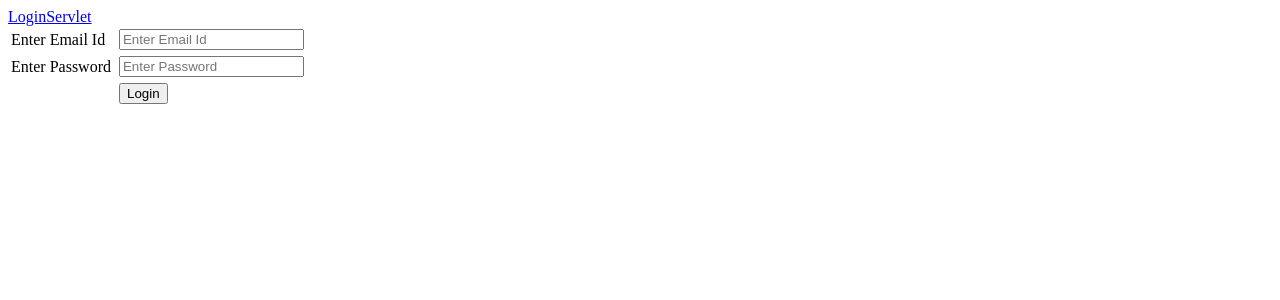
Repository: Ranjith-Kondra/FSD57_MODULE3
Page: AdvJava/WorkSpace2/EmpWebApp/WebContent/Login.html
The author's editor kept a copy of each file at every save. The page is drawn from the files as they stood at one save, then again after the next save.
The browser window is 1280 px wide. The pictures show the whole page.

Above is the page before, as saved 2024-01-03 14:31:58.

### AdvJava/WorkSpace2/EmpWebApp/WebContent/Login.html
<!DOCTYPE html>
<html>
<head>
<meta charset="ISO-8859-1">
<title>Login Page</title>
</head>
<body>

<form action = "LoginServlet" method = "post">

<table>
    <tr>
       <td>Enter Email Id<td/>
       <td><input type = "text" name = "emailId" placeholder = "Enter Email Id"/><td/>
     <tr/>
   <tr>
       <td>Enter Password<td/>
       <td><input type = "text" name = "password" placeholder = "Enter Password"/><td/>
     <tr/>

     <a href="Loginservlet"/>LoginServlet<a/>

     <tr>
        <td><td/>
        <td><button>Login</button><td/>

         <tr/>

</table>


</form>
</body>
</html>

After the next save:
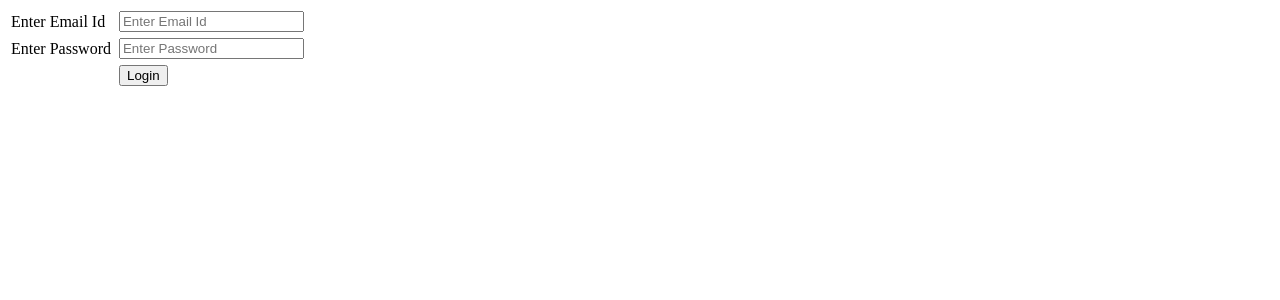
Saved 13 s later.
--- a/AdvJava/WorkSpace2/EmpWebApp/WebContent/Login.html
+++ b/AdvJava/WorkSpace2/EmpWebApp/WebContent/Login.html
@@ -18,7 +18,6 @@
        <td><input type = "text" name = "password" placeholder = "Enter Password"/><td/>
      <tr/>
 
-     <a href="Loginservlet"/>LoginServlet<a/>
 
      <tr>
         <td><td/>
